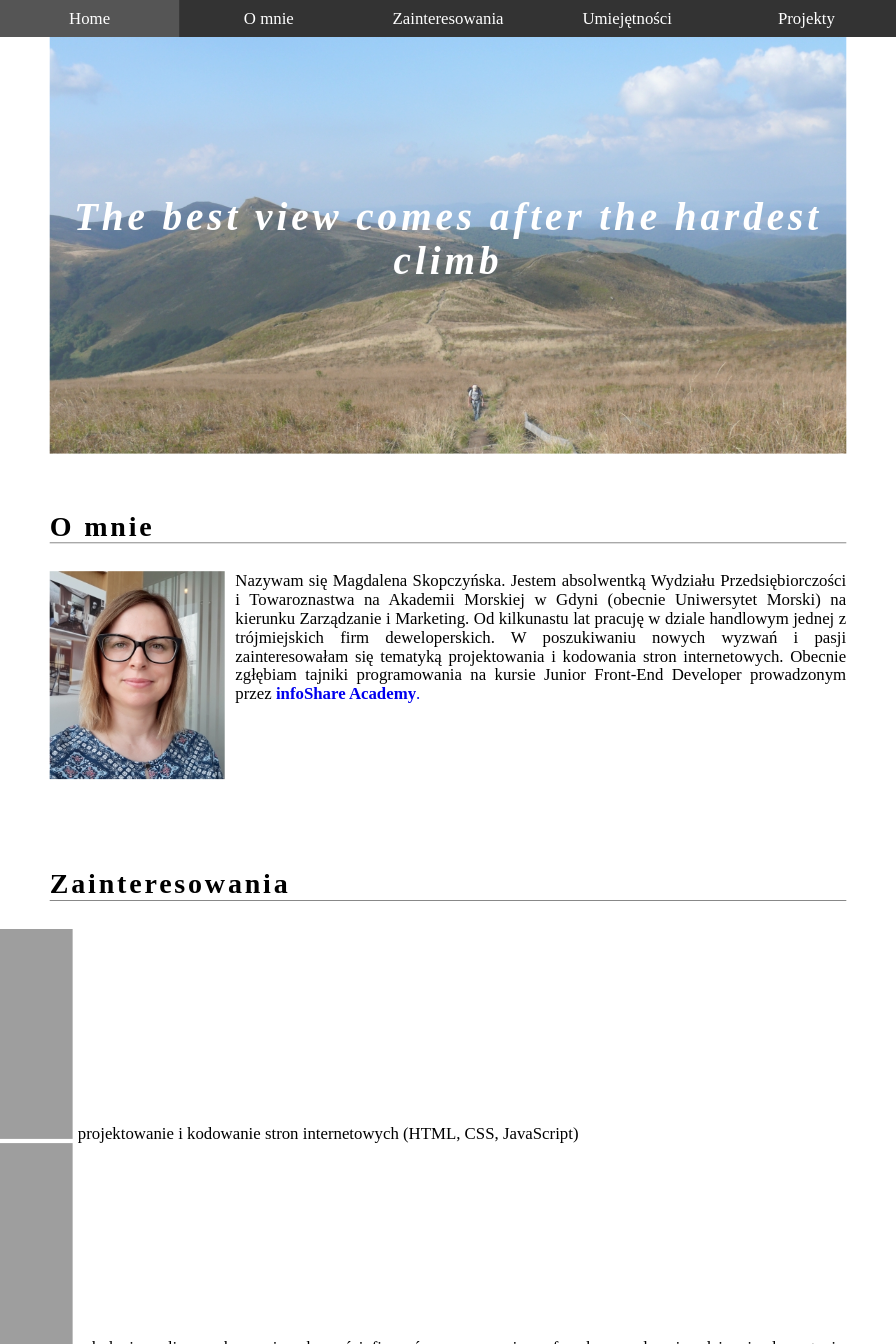
Repository: MagJaw/portfolio
Page: portfolio.html
These files come from the project's save history. The page is drawn as it stood at one moment and after the next save; the edit follows.
The browser window is 1280 px wide. The pictures show the part of the page from y = 0 to 1920 px (the page is 6934 px tall), at 70% of full size.
A picture or video elsewhere on the page could not be fetched, so the positions and the page height are approximate.

Above is the page before, as saved 2018-11-21 20:08:35.

After the next save:
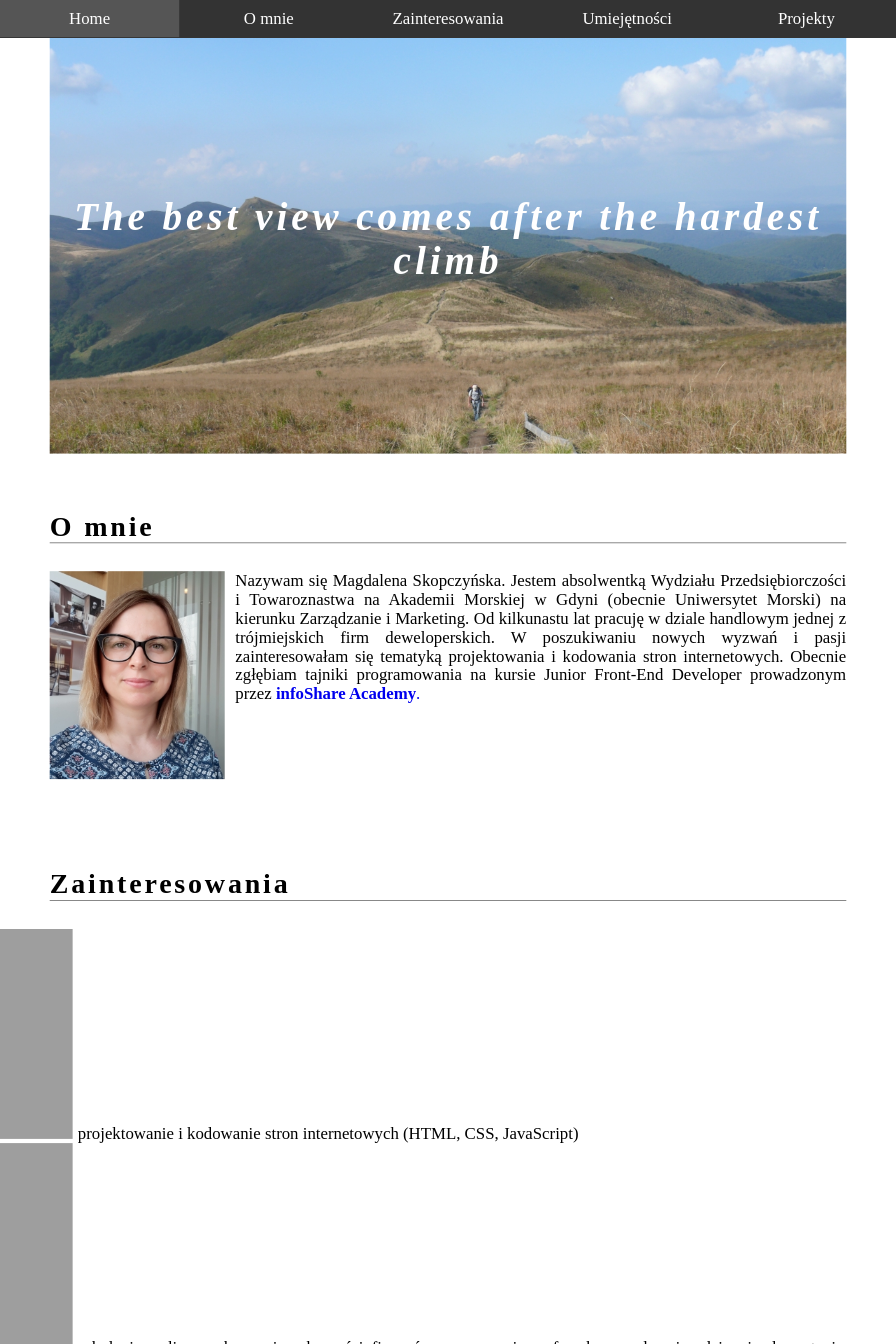
Saved 59 s later.
--- a/main.css
+++ b/main.css
@@ -53,7 +53,7 @@ html {
 .motto__container {
     background-image: url(tapeta.jpg);
     background-size: cover;
-    opacity: 0.8;
+    opacity: 0.9;
     width: 100%;
     height: 48vw;
     display: table;
